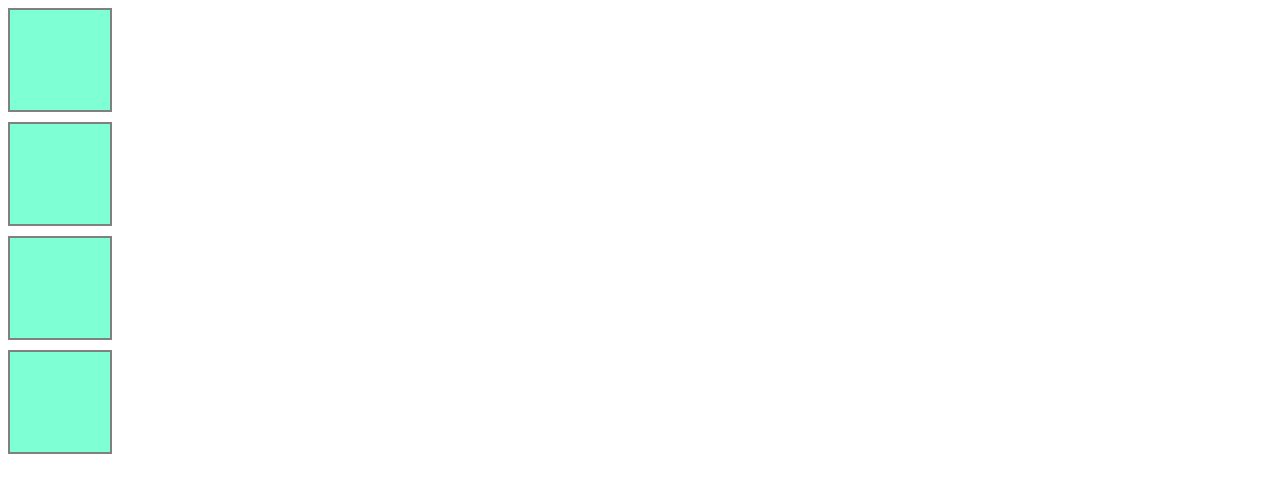
Repository: viveknaidu007/repo-166-Full-Stack-Development-Learning-Notes-Innomatics-2024
Page: module_1-html,css,bootstrap/sept_25_2024/index.html
These files come from the project's save history. The page is drawn as it stood at one moment and after the next save; the edit follows.
The browser window is 1280 px wide. The pictures show the whole page.

Above is the page before, as saved 2024-09-27 15:47:58.

### module_1-html,css,bootstrap/sept_25_2024/index.html
<!DOCTYPE html>
<html lang="en">
<head>
    <meta charset="UTF-8">
    <meta name="viewport" content="width=device-width, initial-scale=1.0">
    <title>flex_box</title>

    <style>
        .box{
            width: 100px;
            height: 100px;
            background-color: aquamarine;
            border : 2px solid gray;
            margin-bottom: 10px;
        }
    </style>
</head>
<body>
    <div class="box"></div>
    <div class="box"></div>
    <div class="box"></div>
    <div class="box"></div>
</body>
</html>

After the next save:
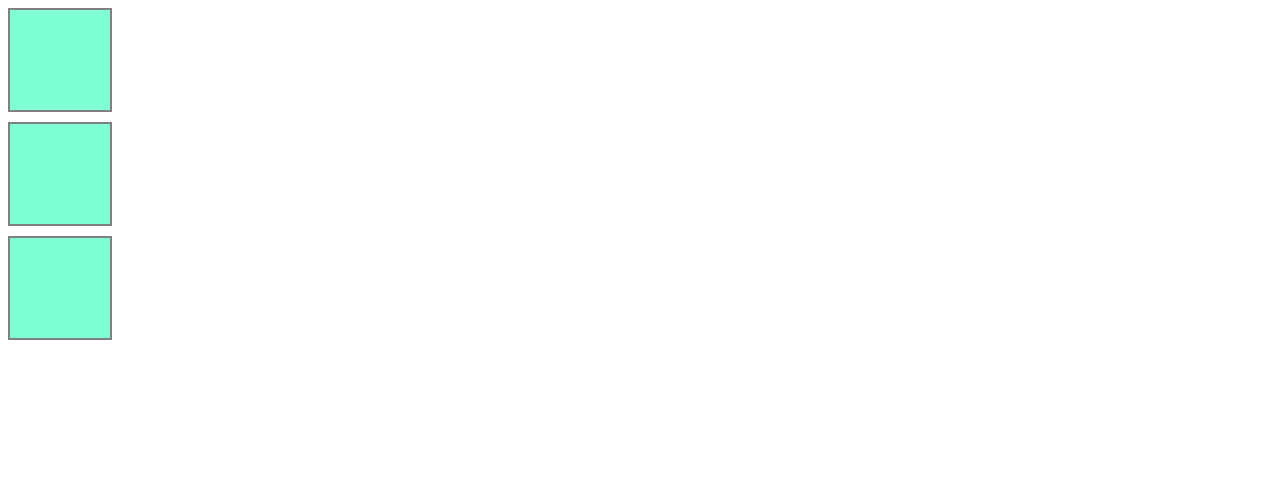
Saved 4 min 0 s later.
--- a/module_1-html,css,bootstrap/sept_25_2024/index.html
+++ b/module_1-html,css,bootstrap/sept_25_2024/index.html
@@ -13,10 +13,13 @@
             border : 2px solid gray;
             margin-bottom: 10px;
         }
+        .big-box{
+            display: flex;
+        }
     </style>
 </head>
 <body>
-    <div class="box"></div>
+    <div class="big-box"></div>
     <div class="box"></div>
     <div class="box"></div>
     <div class="box"></div>
